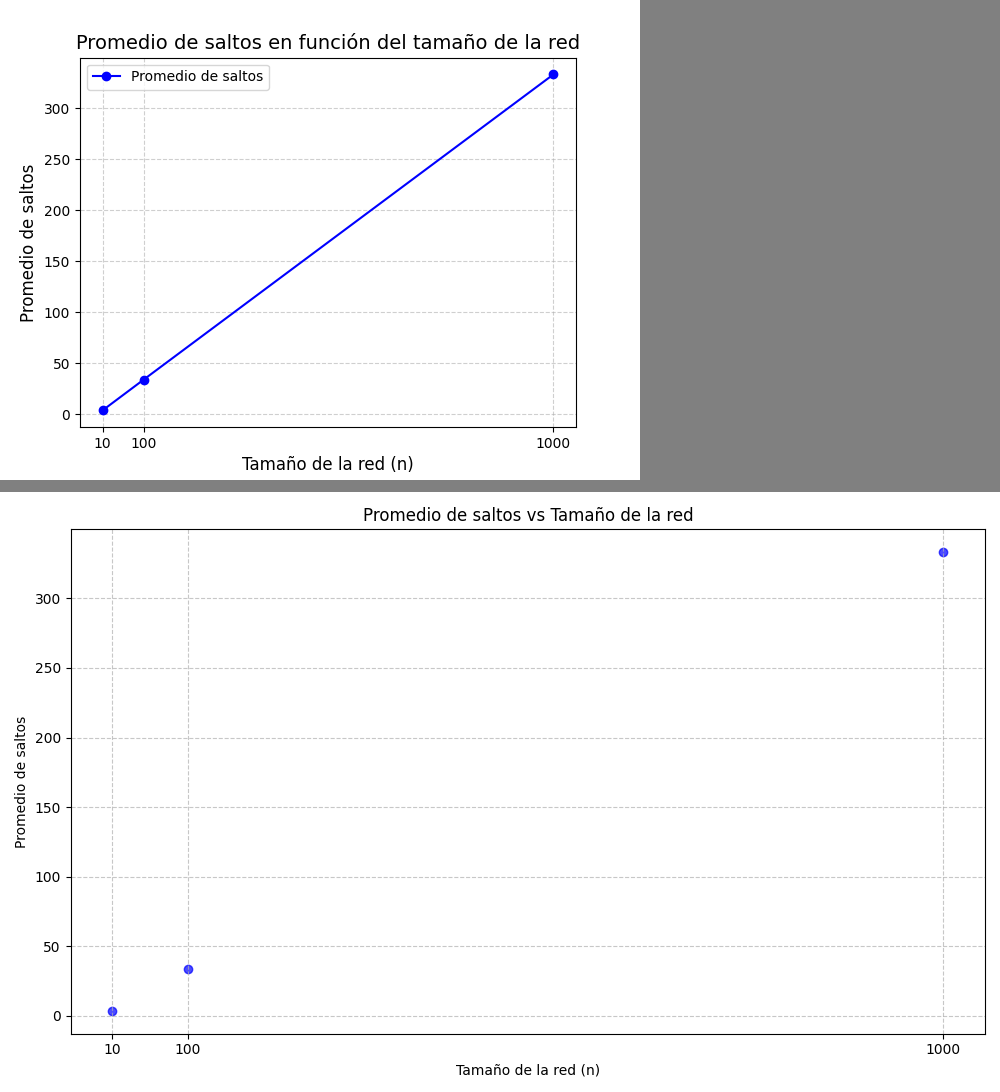
Repository: Carpinteron/TallerrRedes
Script's output: python SimulacionTaller.py
An editor plug-in stored every save of this project. The script's output is shown before and after the next save, followed by the edit.
Each picture stacks the figures in order, with grey between them; figures that are only written to a file come last. Random numbers start from a fixed seed.

Above is the script's output before, as saved 2025-02-11 08:39:11.

After the next save:
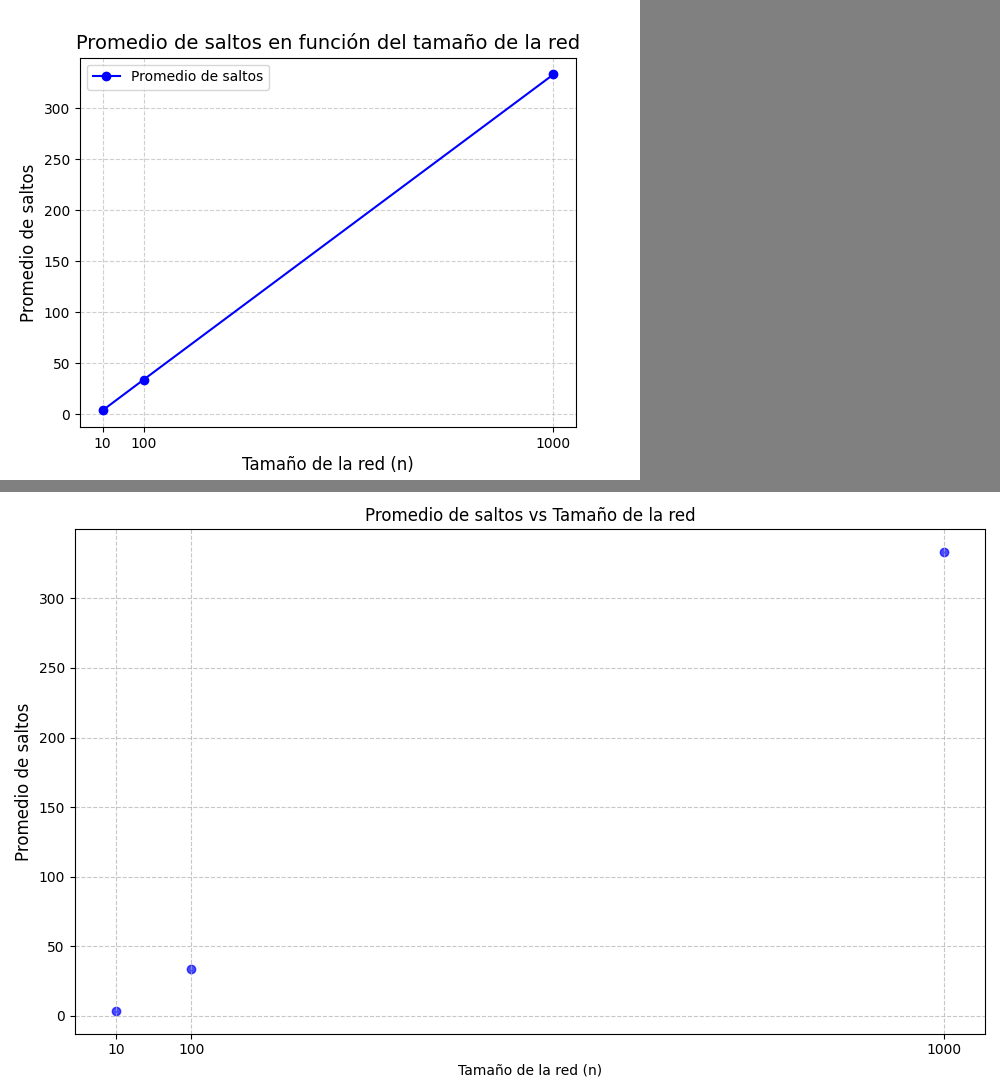
Saved 40 s later.
--- a/SimulacionTaller.py
+++ b/SimulacionTaller.py
@@ -54,7 +54,7 @@
 plt.figure(figsize=(10, 6)) # Ajustar el tamaño de la figura
 plt.scatter(tamanos_red, promedios, color='b', alpha=0.7)
 plt.xlabel('Tamaño de la red (n)')
-plt.ylabel('Promedio de saltos')
+plt.ylabel('Promedio de saltos', fontsize=12)
 plt.title('Promedio de saltos vs Tamaño de la red')
 plt.xticks(tamanos_red) # Asegurarse de que todos los tamaños de red estén en el eje x
 plt.grid(True, linestyle='--', alpha=0.7) # Mejorar la visualización de la cuadrícula

After the save that followed:
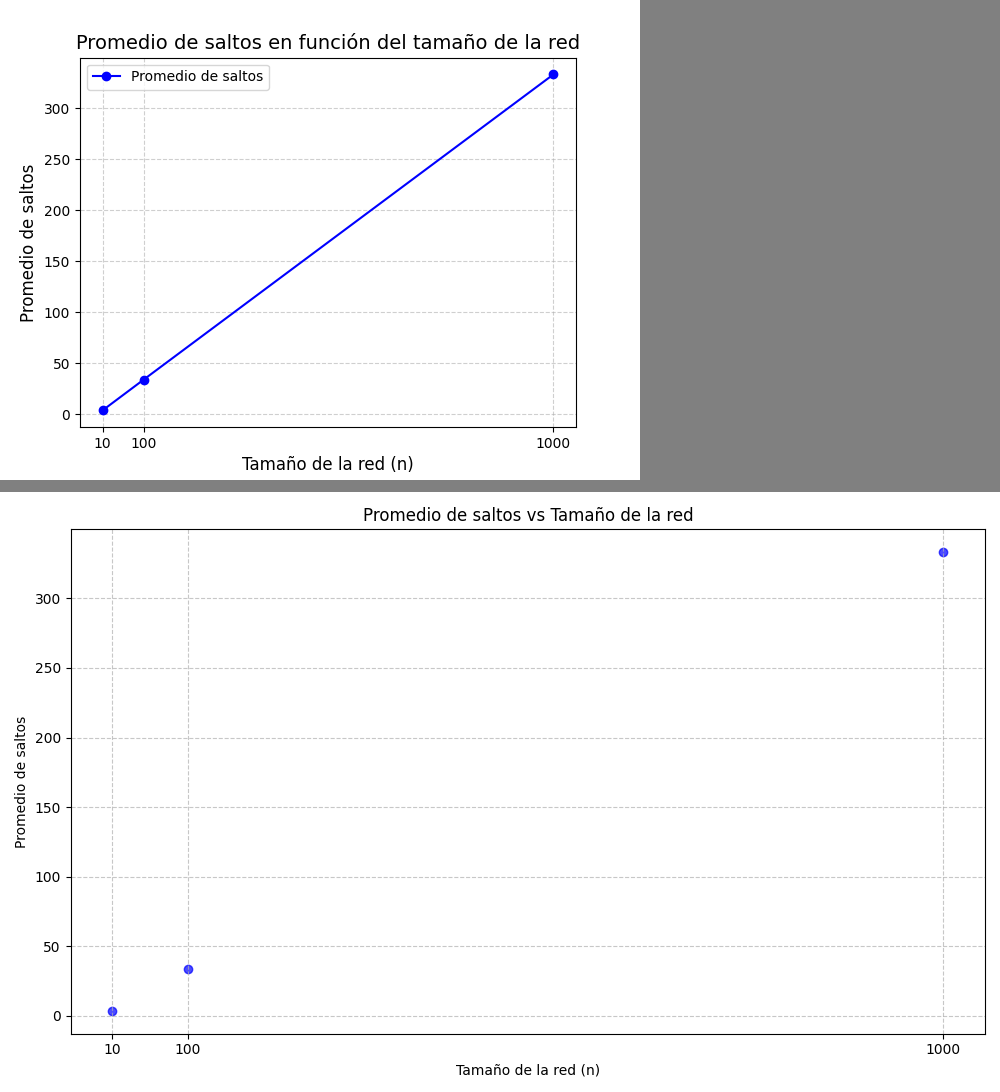
Saved 11 s later.
--- a/SimulacionTaller.py
+++ b/SimulacionTaller.py
@@ -54,7 +54,7 @@
 plt.figure(figsize=(10, 6)) # Ajustar el tamaño de la figura
 plt.scatter(tamanos_red, promedios, color='b', alpha=0.7)
 plt.xlabel('Tamaño de la red (n)')
-plt.ylabel('Promedio de saltos', fontsize=12)
+plt.ylabel('Promedio de saltos')
 plt.title('Promedio de saltos vs Tamaño de la red')
 plt.xticks(tamanos_red) # Asegurarse de que todos los tamaños de red estén en el eje x
 plt.grid(True, linestyle='--', alpha=0.7) # Mejorar la visualización de la cuadrícula
